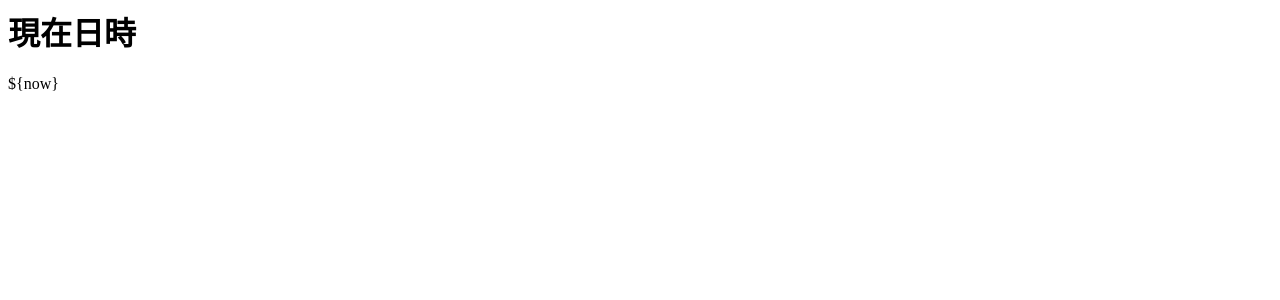
Repository: tttt1213/BIOSversion
Page: index.html
An editor plug-in stored every save of this project. The page is shown before and after the next save, followed by the edit.
The browser window is 1280 px wide. The pictures show the whole page.

Above is the page before, as saved 2023-03-29 14:12:14.

After the next save:
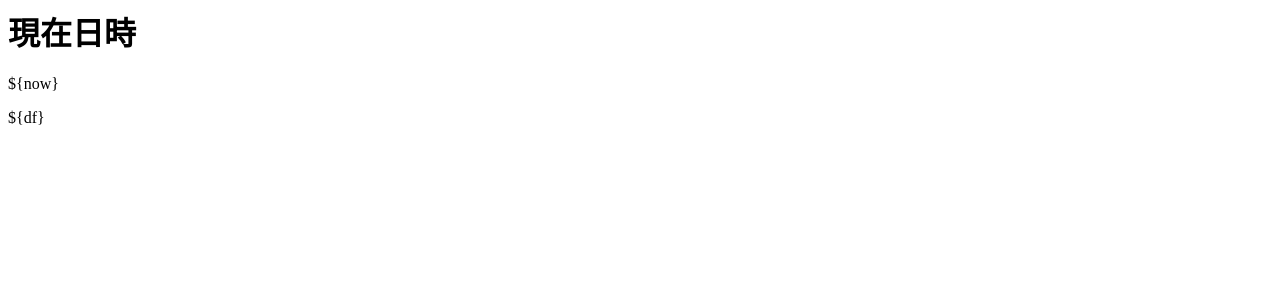
Saved 53 min 56 s later.
--- a/index.html
+++ b/index.html
@@ -5,5 +5,6 @@
     <body>
         <h1>現在日時</h1>
         <p>${now}</p>
+        <p>${df}</p>
     </body>
 </html>
